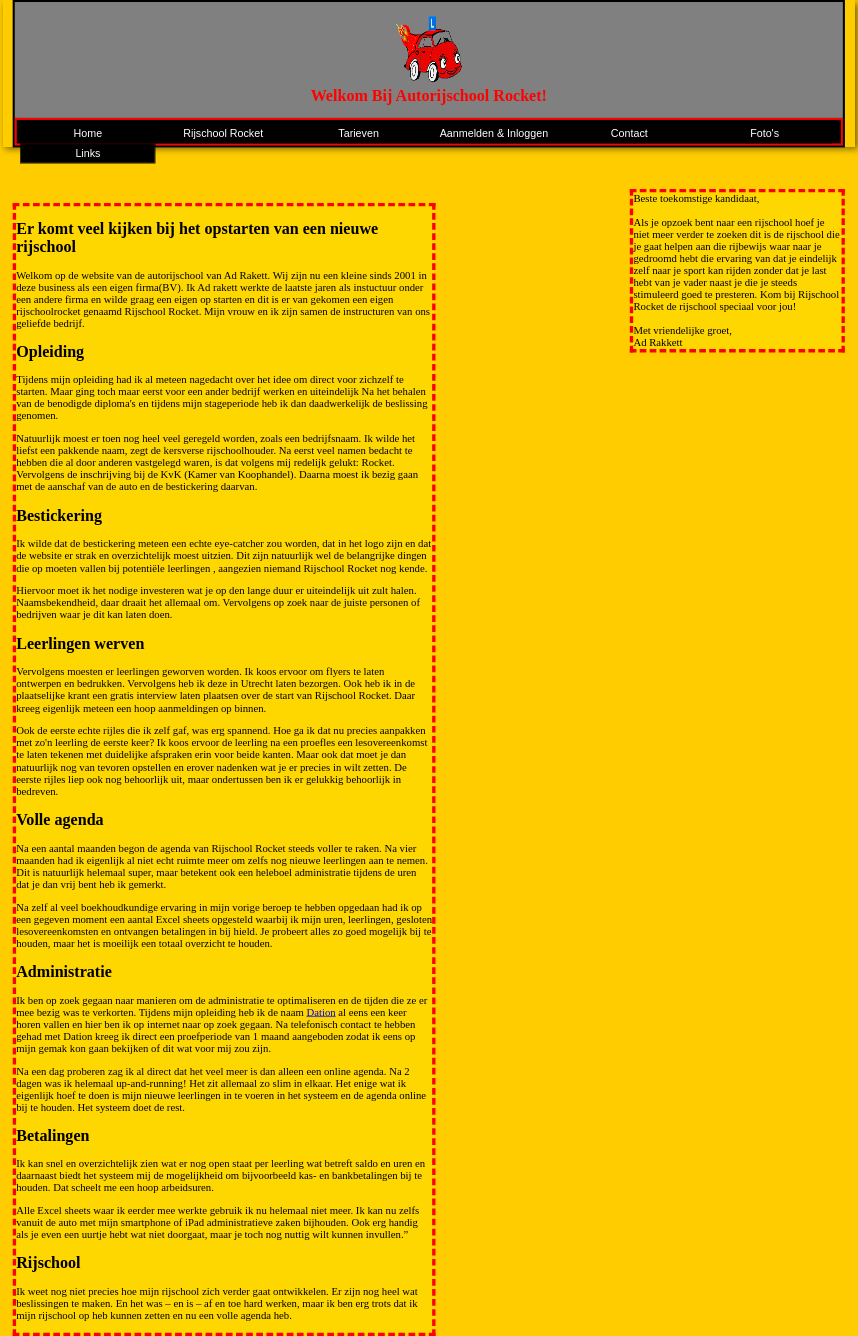
Repository: Julian-4A5A/rijschoolrocket
Page: workspace/Homepagina/Index.html
The author's editor kept a record of every edit. The page is drawn from the files as they stood at one moment, then again after the next edit.
The browser window is 1280 px wide. The pictures show the whole page, at 67% of full size.
Some web libraries are served in a nearby version.

Above is the page before.
Not found: workspace/Homepagina/js/hamburger.js

After the next edit:
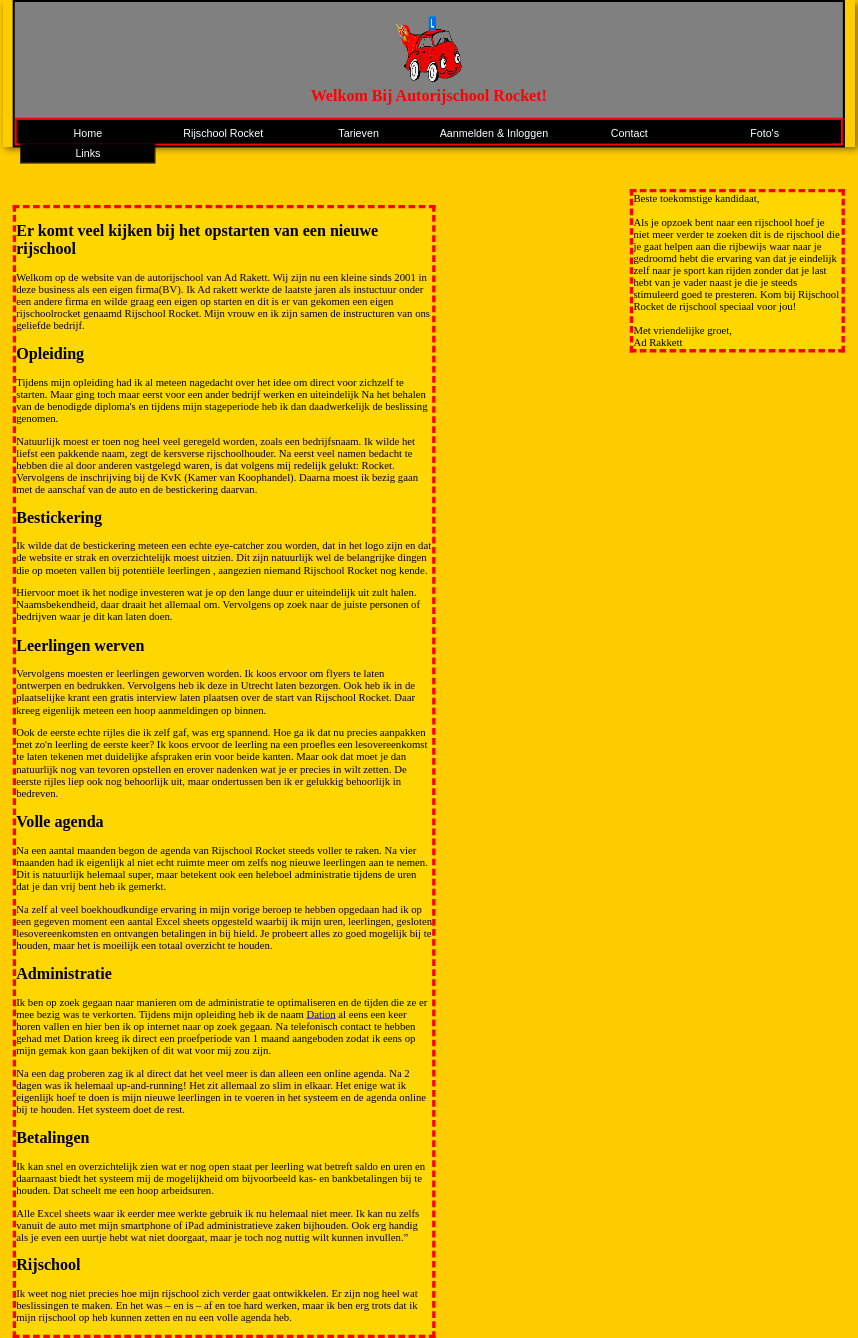
The edit:
--- a/workspace/Homepagina/opmaak1.css
+++ b/workspace/Homepagina/opmaak1.css
@@ -33,7 +33,7 @@
     border:solid 5.5px red;
     border-style: dashed;
     background-color:#FFD700;
-    margin-top:4.75%;
+    margin-top:5%;
     margin-right:7.5%;
     margin-bottom:5%;
 }
